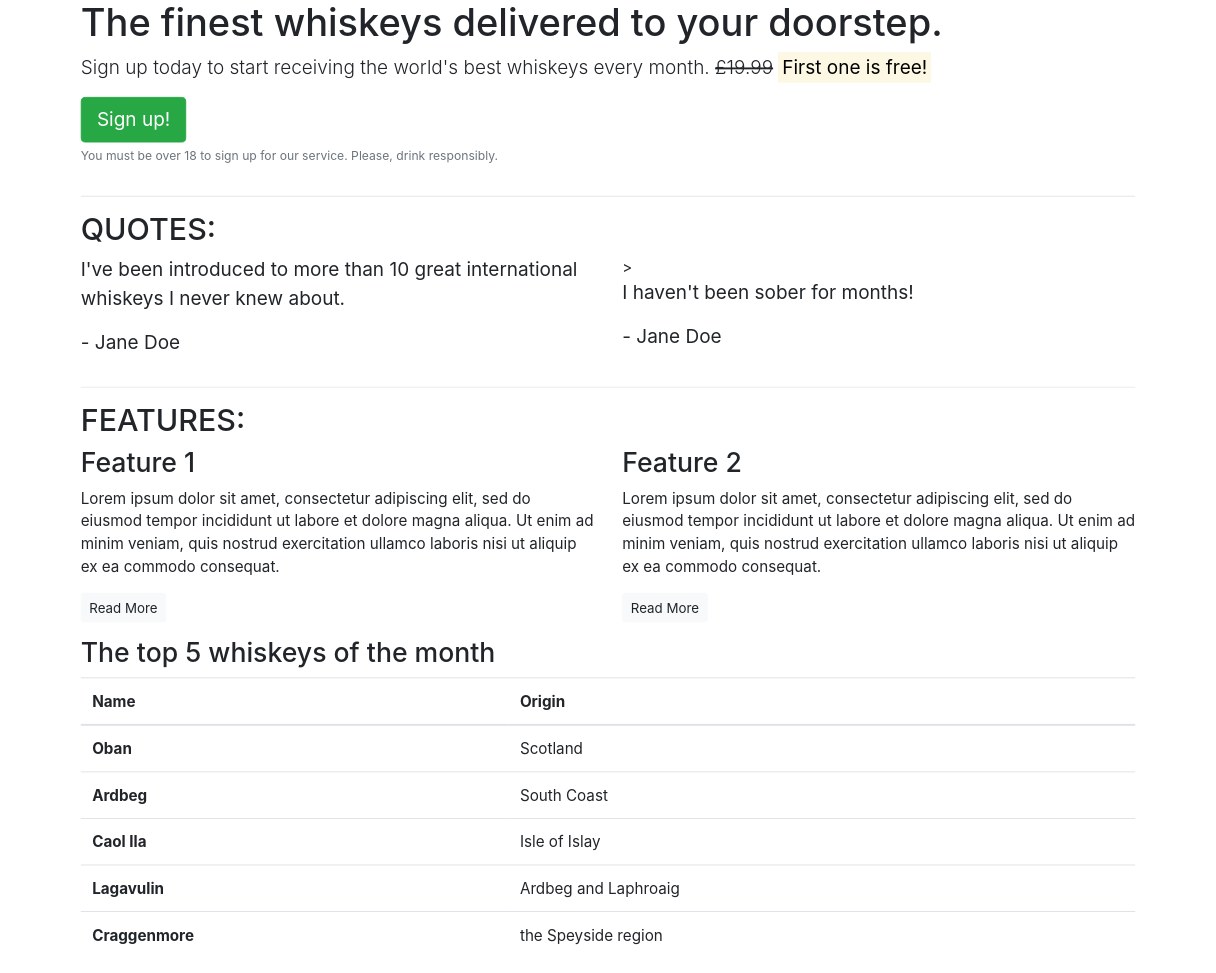
Repository: hidayatmansuri/BootStrap
Page: index.html
The author's editor kept a record of every edit. The page is drawn from the files as they stood at one moment, then again after the next edit.
The browser window is 1280 px wide. The pictures show the whole page, at 95% of full size.

Above is the page before.

After the next edit:
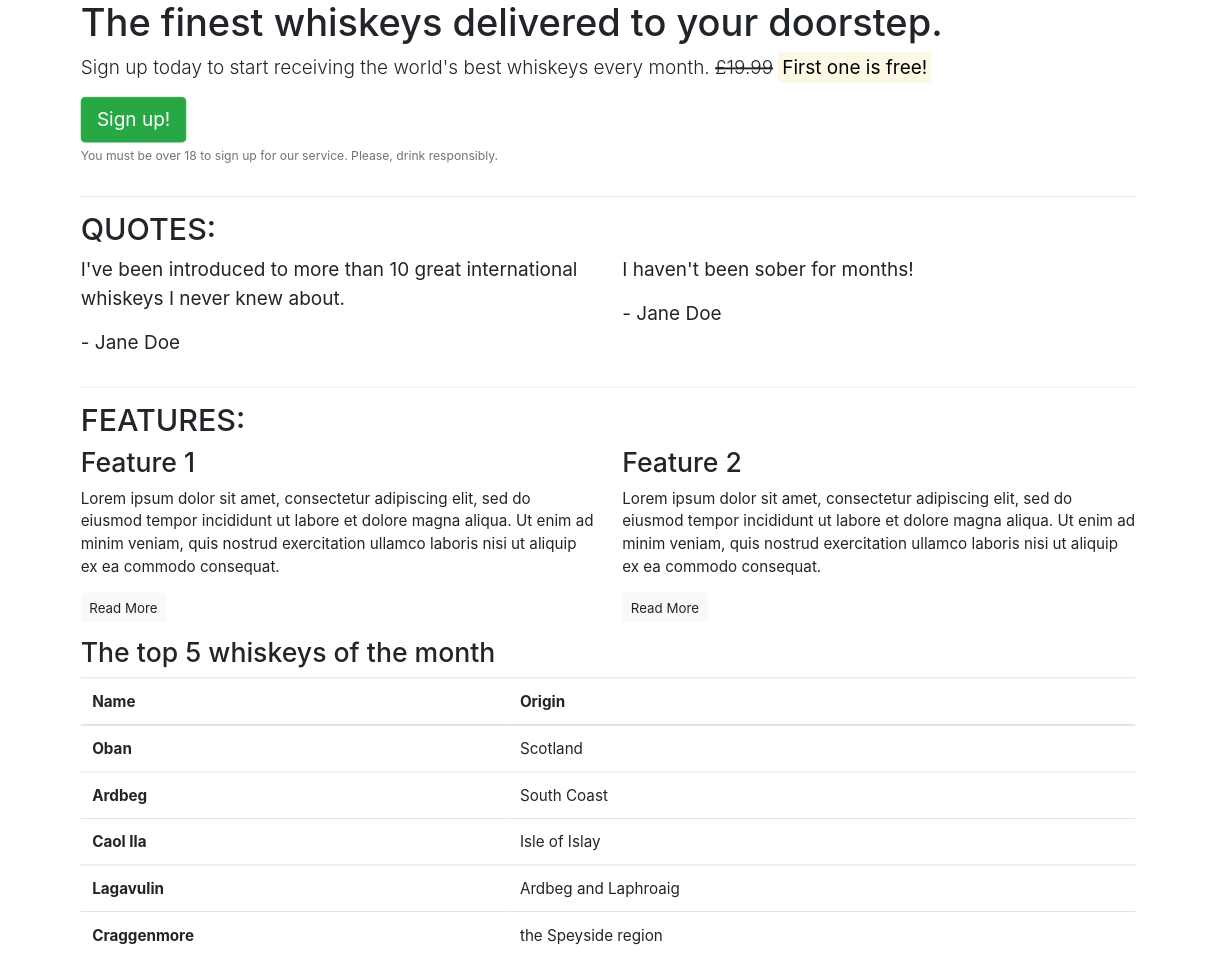
The edit:
--- a/index.html
+++ b/index.html
@@ -40,7 +40,7 @@
                         <p>- Jane Doe</p>
                     </blockquote>
                 </div>
-                <div class="col-12 col-md-6">>
+                <div class="col-12 col-md-6">
                     <blockquote class="blockquote">
                         <p>I haven't been sober for months!</p>
                         <p>- Jane Doe</p>
